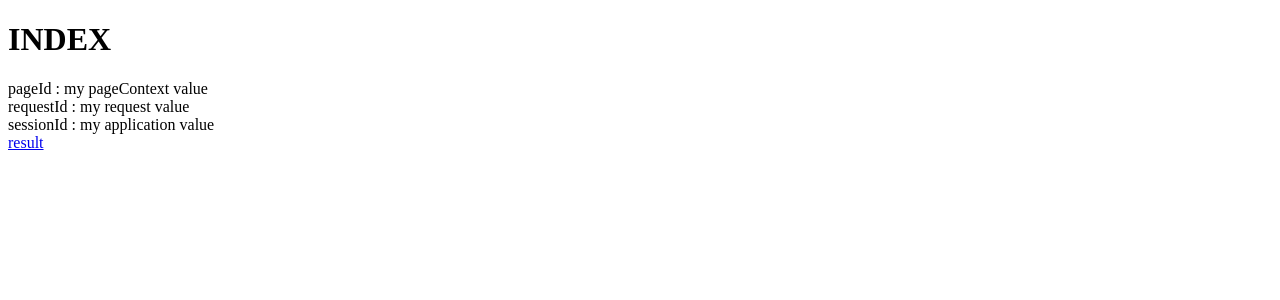
Repository: charamee/Web_kh
Page: http://localhost/Jsp06_Scope/
An editor plug-in stored every save of this project. The page is shown before and after the next save, followed by the edit.
The browser window is 1280 px wide. The pictures show the whole page.
The page is served by Tomcat 9.

Above is the page before, as saved 2021-02-23 04:55:50.

After the next save:
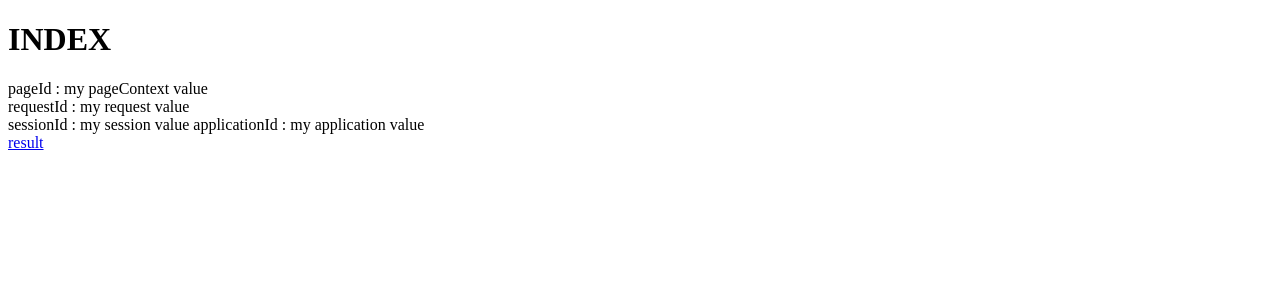
Saved 50 s later.
--- a/Workspace_WEB/Jsp06_Scope/WebContent/index.jsp
+++ b/Workspace_WEB/Jsp06_Scope/WebContent/index.jsp
@@ -20,7 +20,8 @@
 
 	pageId : <%=pageContext.getAttribute("pageId") %><br>
 	requestId : <%=request.getAttribute("requestId") %> <br>
-	sessionId : <%=application.getAttribute("applicationId") %> <br>
+	sessionId : <%=session.getAttribute("sessionId") %>
+	applicationId : <%=application.getAttribute("applicationId") %> <br>
 
 	<a href="result.jsp">result</a>
 
